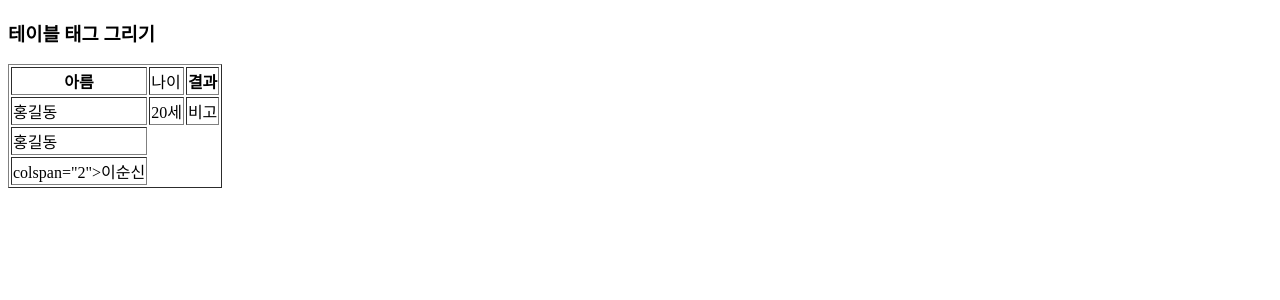
Repository: YeonHaw/jsp
Page: JSPBasic/src/main/webapp/HTML/Index03.html
These files come from the project's save history. The page is drawn as it stood at one moment and after the next save; the edit follows.
The browser window is 1280 px wide. The pictures show the whole page.

Above is the page before, as saved 2023-12-27 01:39:02.

After the next save:
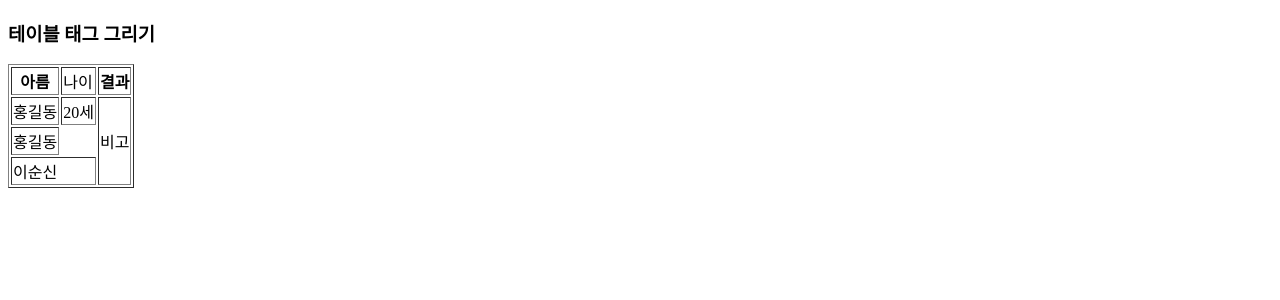
Saved 77 s later.
--- a/JSPBasic/src/main/webapp/HTML/Index03.html
+++ b/JSPBasic/src/main/webapp/HTML/Index03.html
@@ -17,13 +17,13 @@
 		<tr>
 			<td>홍길동</td>
 			<td>20세</td>
-			<td>비고</td>
+			<td rowspan="3">비고</td>
 		</tr>
 		<tr>
 			<td>홍길동</td>
 		</tr>
 		<tr>
-			<td> colspan="2">이순신</td>
+			<td colspan="2">이순신</td>
 		</tr>
 	</table>
 </body>
